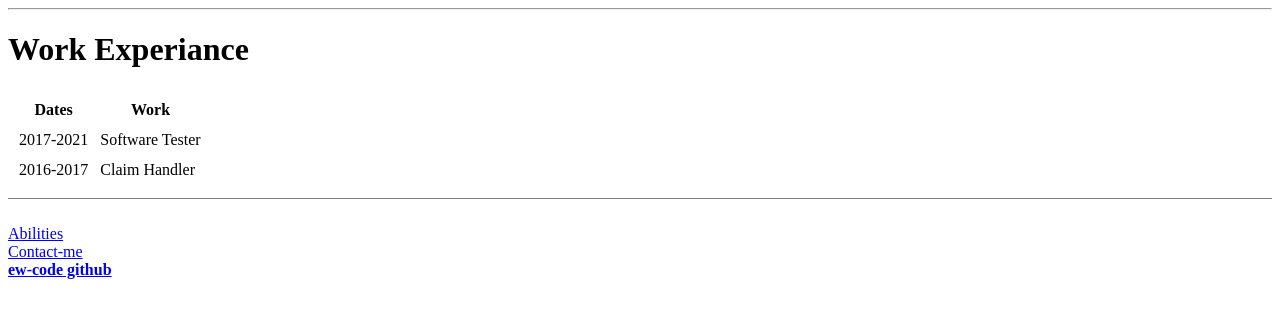
Repository: ew-code/Web-Development
Page: HTML - Personal Site/index copy.html
The author's editor kept a copy of each file at every save. The page is drawn from the files as they stood at one save, then again after the next save.
The browser window is 1280 px wide. The pictures show the whole page.

Above is the page before, as saved 2021-01-05 18:11:57.

After the next save:
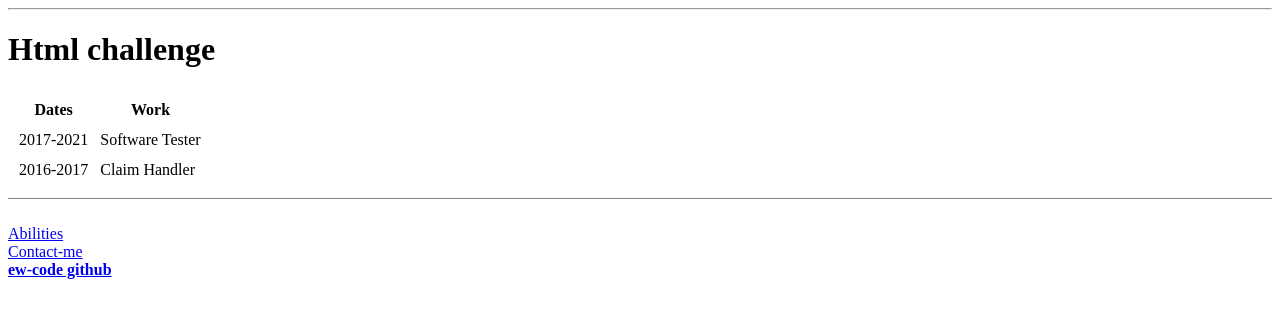
Saved 12 s later.
--- a/HTML - Personal Site/index copy.html
+++ b/HTML - Personal Site/index copy.html
@@ -8,7 +8,7 @@
 
   <hr>
 
-  <h1>Work Experiance</h1>
+  <h1>Html challenge</h1>
   <table cellspacing="10">
     <thead>
       <tr>
